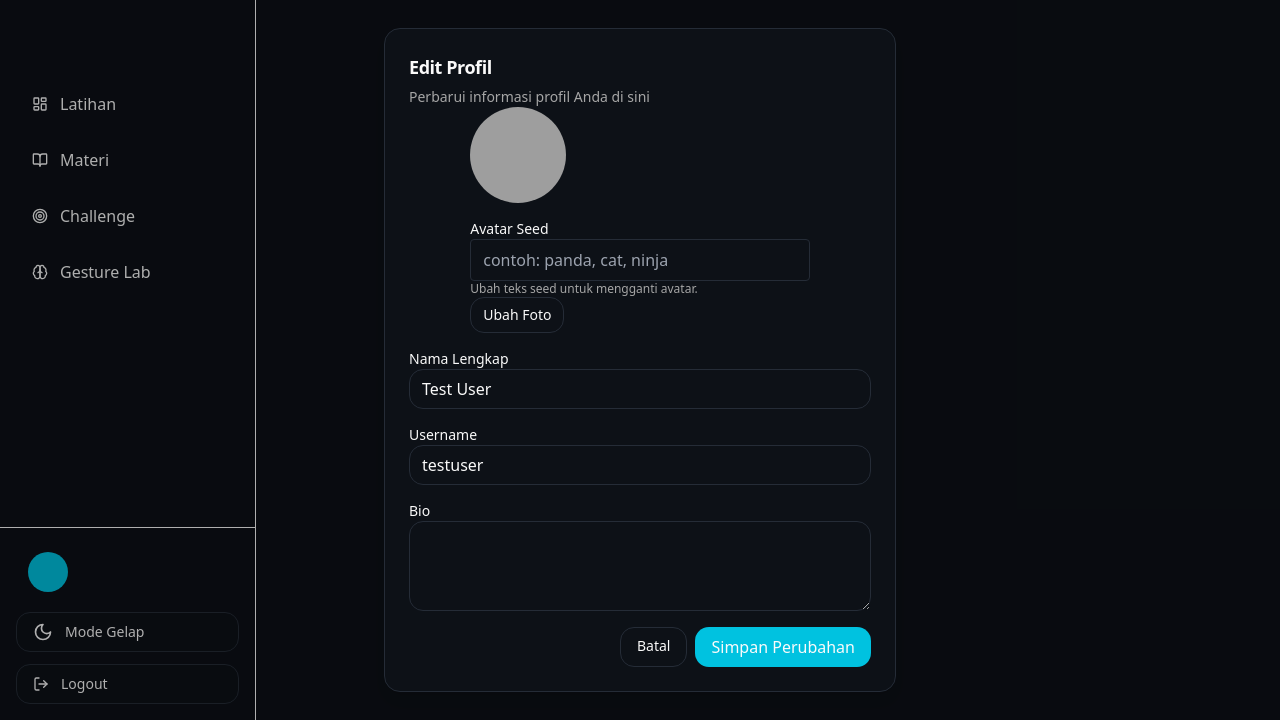
Repository: Tisna7/GESTURA
Page: http://localhost/profile/edit
An editor plug-in stored every save of this project. The page is shown before and after the next save, followed by the edit.
The browser window is 1280 px wide. The pictures show the whole page.
Pictures or frames that could not be fetched are drawn as grey boxes. The page is served by the project's Laravel application, run on PHP 8.4 with Laravel 12. A made-up administrator, Test User (test@example.com), is signed in. Style sheets and scripts are compiled from the project's sources, by tool versions that may differ from the author's.

Above is the page before, as saved 2025-11-23 16:29:50.
Console error: TypeError: Cannot read properties of null (reading 'addEventListener')

After the next save:
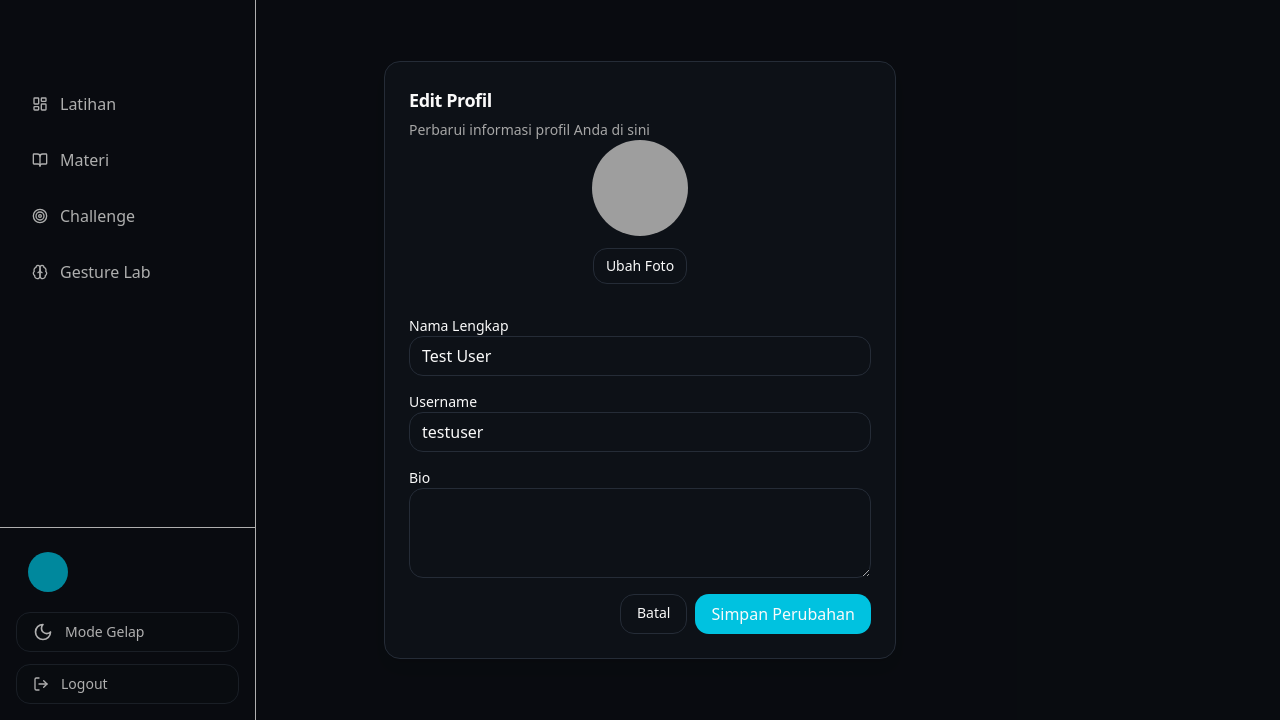
Saved 100 s later.
--- a/resources/views/user/profile-edit.blade.php
+++ b/resources/views/user/profile-edit.blade.php
@@ -27,30 +27,30 @@
 <div class="flex flex-col items-center gap-3 mb-4">
 
     {{-- FOTO YANG DITAMPILKAN --}}
-    <form action="{{ route('profile.update') }}" method="POST" enctype="multipart/form-data">
+    <form action="{{ route('profile.update') }}" method="POST">
+    @csrf
+    @method('PUT')
 
-    <span class="relative flex overflow-hidden rounded-full h-24 w-24 border-4 border-primary/20">
-        <img id="previewImage" class="h-full w-full object-cover"
-            src="{{ $user->profile_image
-                ? asset('storage/' . $user->profile_image)
-                : 'https://api.dicebear.com/7.x/avataaars/svg?seed=' . ($user->username ?? 'user') }}">
-    </span>
-    <div class="mt-4">
-    <label class="text-sm font-medium">Avatar Seed</label>
-    <input type="text" name="profile_image"
-        value="{{ old('profile_image', $user->profile_image) }}"
-        class="border rounded w-full px-3 py-2"
-        placeholder="contoh: panda, cat, ninja">
-    <p class="text-xs text-muted-foreground">Ubah teks seed untuk mengganti avatar.</p>
-</div>
+    {{-- AVATAR PREVIEW --}}
+    <div class="flex flex-col items-center gap-3 mb-4">
+        <span class="relative flex overflow-hidden rounded-full h-24 w-24 border-4 border-primary/20">
+            <img id="previewImage" class="h-full w-full object-cover"
+                src="https://api.dicebear.com/7.x/avataaars/svg?seed={{ $user->profile_image ?? 'user' }}">
+        </span>
 
+        {{-- BUTTON RANDOM AVATAR --}}
+        <button
+            type="button"
+            onclick="generateRandomAvatar()"
+            class="inline-flex items-center gap-2 border rounded-md h-9 px-3 text-sm hover:bg-accent hover:text-accent-foreground">
+            Ubah Foto
+        </button>
 
-    {{-- TOMBOL UNTUK MEMBUKA FILE UPLOAD --}}
-    <button type="button"
-        onclick="document.getElementById('profileImageInput').click()"
-        class="inline-flex items-center gap-2 border rounded-md h-9 px-3 text-sm hover:bg-accent hover:text-accent-foreground">
-        Ubah Foto
-    </button>
+        {{-- HIDDEN INPUT UNTUK MENYIMPAN SEED --}}
+        <input type="hidden" name="profile_image" id="avatarSeed"
+            value="{{ $user->profile_image ?? 'user' }}">
+    </div>
+
 
     {{-- INPUT FILE (DISHINGGA DIKLIK MELALUI BUTTON) --}}
     <input type="file" name="profile_image" id="profileImageInput" accept="image/*" class="hidden">
